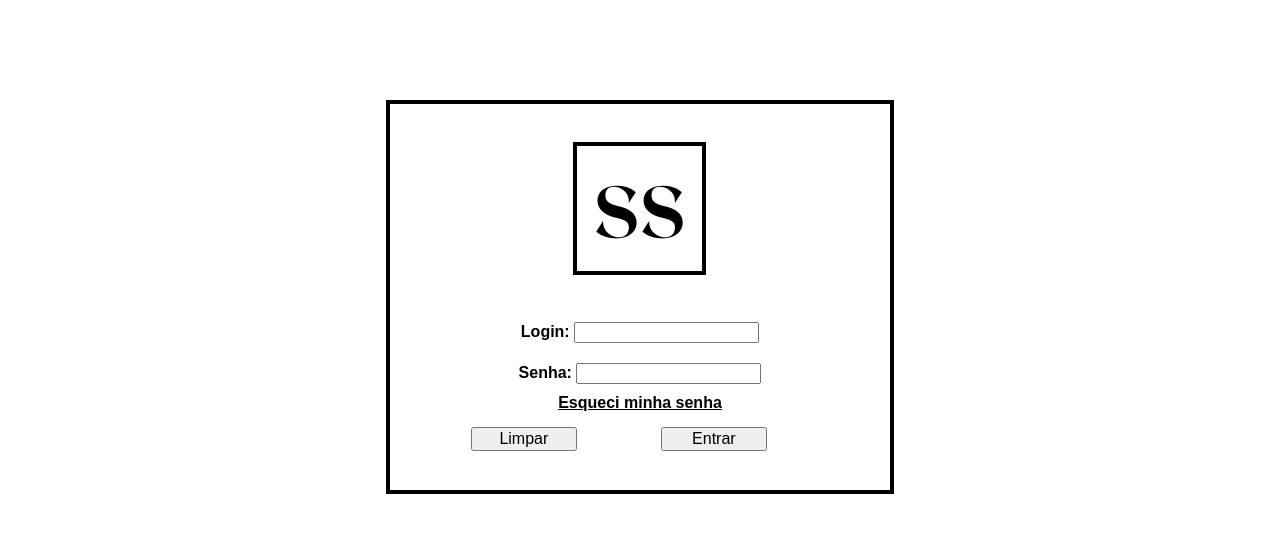
Repository: FaculdadeSenaiJoinville/PiMichelBaade
Page: http://localhost/ProjetoIndividual/
An editor plug-in stored every save of this project. The page is shown before and after the next save, followed by the edit.
The browser window is 1280 px wide. The pictures show the whole page.
The page is served by Tomcat 9.

Above is the page before, as saved 2021-08-11 00:31:00.

After the next save:
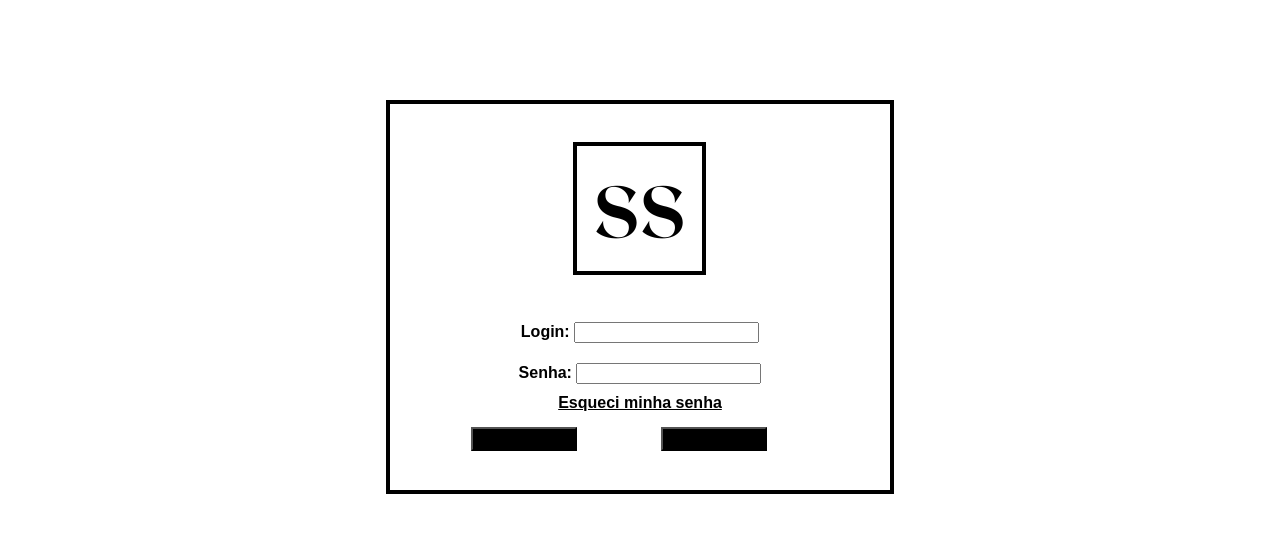
Saved 5 s later.
--- a/ProjetoIndividual/WebContent/css/site.css
+++ b/ProjetoIndividual/WebContent/css/site.css
@@ -35,7 +35,7 @@ button {
 	width: 25%;
 	font-size: 16px;
 	margin: 0 10%;
-	background-color: 000;
+	background-color: #000;
 }
 
 input{
